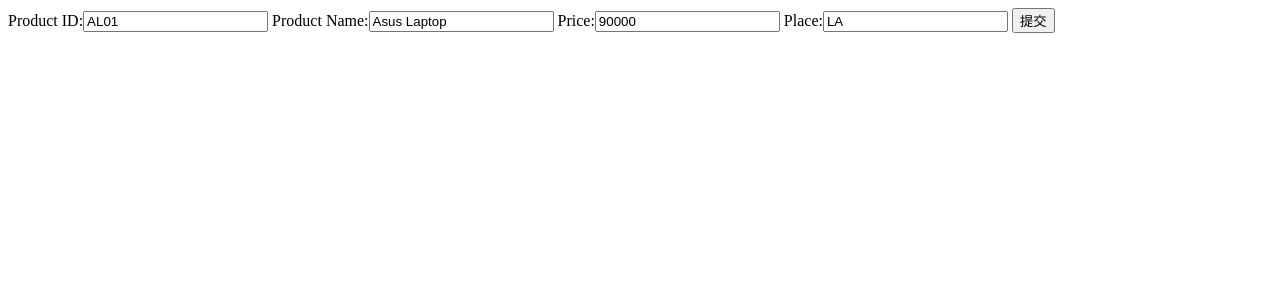
Repository: chofong1999/workspace202607
Page: mvweb0716/src/main/webapp/product.html
The author's editor kept a copy of each file at every save. The page is drawn from the files as they stood at one save, then again after the next save.
The browser window is 1280 px wide. The pictures show the whole page.

Above is the page before, as saved 2026-07-16 03:18:55.

After the next save:
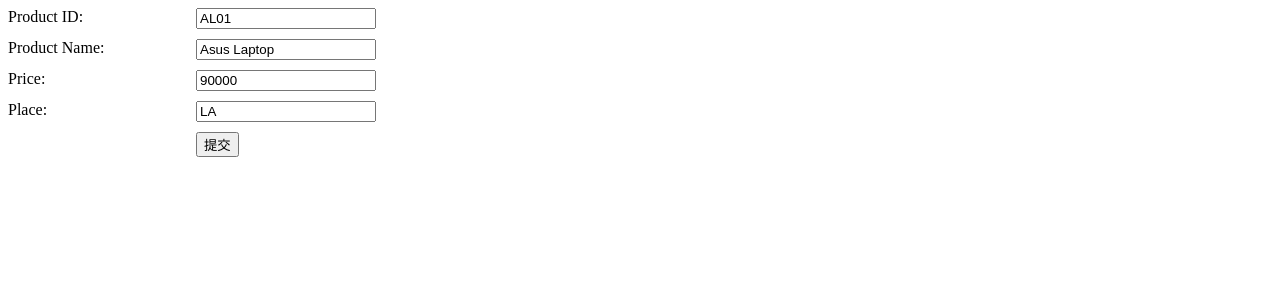
Saved 38 s later.
--- a/mvweb0716/src/main/webapp/product.html
+++ b/mvweb0716/src/main/webapp/product.html
@@ -7,7 +7,7 @@
 <style>
 .product-form {
     display: grid;
-    grid-template-columns: max-content 180px;
+    grid-template-columns: 180px 180px;
     gap: 10px 8px;
 }
 .product-form button {
@@ -19,7 +19,7 @@
 
 <body>
 
-<form action="product.jsp" method="post">
+<form action="product.jsp" method="post" class="product-form">
     Product ID:<input type="text" name="product_id" value="AL01">
     Product Name:<input type="text" name="product_name" value="Asus Laptop">
     Price:<input type="text" name="price" value="90000">
